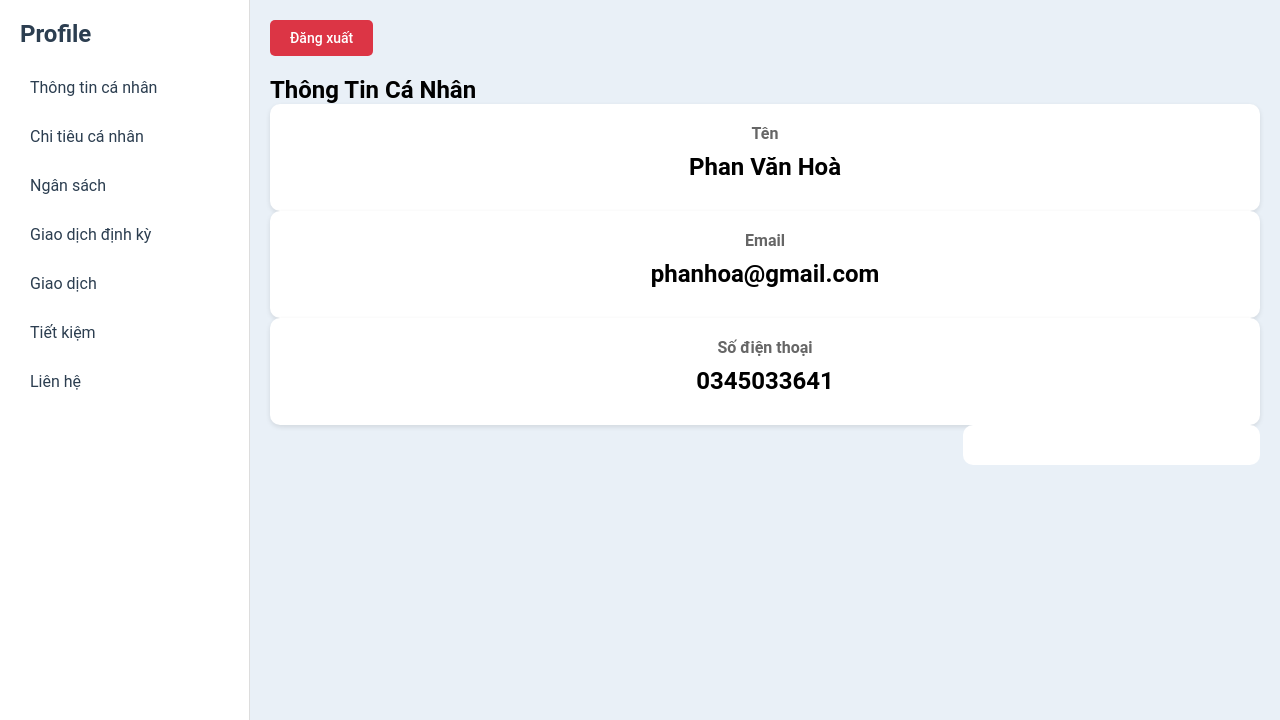
Repository: PhanVanHoa051204/Project3
Page: http://localhost/Project3/profile.jsp
These files come from the project's save history. The page is drawn as it stood at one moment and after a run of saves; the edit follows.
The browser window is 1280 px wide. The pictures show the whole page.
The page is served by Tomcat 9. The session is filled in as if someone had signed in: {"user_id": 1, "role": "admin"}. Other server files are loaded and not shown.

Above is the page before, as saved 2025-03-14 08:31:01.

### PhanVanHoa_2210900023_K22CNT1/Project3/src/main/webapp/profile.jsp
<%@ page language="java" contentType="text/html; charset=UTF-8" pageEncoding="UTF-8"%>
<!DOCTYPE html>
<html lang="en">
<head>
    <meta charset="UTF-8">
    <meta name="viewport" content="width=device-width, initial-scale=1.0">
    <title>Profile</title>
    <link rel="stylesheet" href="style.css">
</head>
<body>
    <div class="container">
        <!-- Sidebar -->
        <div class="sidebar">
            <div class="logo">Profile</div>
            <ul>
                <li><a href="#">Thông tin cá nhân</a></li>

                <li><a href="${pageContext.request.contextPath}/ChiTieu/categories.jsp">Chi tiêu cá nhân</a></li>
                <li><a href="#"> Ngân sách</a></li>
                <li><a href="#"> Giao dịch định kỳ</a></li>
                <li><a href="#"> Giao dịch</a></li>
                <li><a href="#">Tiết kiệm</a></li>
                <li><a href="https://web.facebook.com/PhanHoa05122004">Liên hệ</a></li>
            </ul>
        </div>

        <!-- Main Content -->
        <div class="main-content">
            <header>
                <div class="submit-section">
                    <a href="login.jsp" class="logout-btn">Đăng xuất</a>
                </div>
            </header>

            <!-- Profile Content -->
            <div class="dashboard-content">
                <h2>Thông Tin Cá Nhân</h2>
                <div class="profile-cards">
                    <div class="card">
                        <h3>Tên</h3>
                        <p>Phan Văn Hoà</p>
                    </div>
                    <div class="card">
                        <h3>Email</h3>
                        <p>phanhoa@gmail.com</p>
                    </div>
                    <div class="card">
                        <h3>Số điện thoại</h3>
                        <p>0345033641</p>
                    </div>
                </div>

                <!-- Recent Activity -->
                <div class="recent-activity">

                    <ul>

                    </ul>
                </div>
            </div>
        </div>
    </div>
</body>
</html>

### PhanVanHoa_2210900023_K22CNT1/Project3/src/main/webapp/style.css
* {
    margin: 0;
    padding: 0;
    box-sizing: border-box;
    font-family: 'Roboto', sans-serif;
}

body {
    background-color: #E9F0F7;
}

.container {
    display: flex;
}

/* Sidebar */
.sidebar {
    width: 250px;
    background-color: #fff;
    padding: 20px;
    height: 100vh;
    border-right: 1px solid #ddd;
}

.logo {
    font-size: 24px;
    font-weight: bold;
    color: #2C3E50;
    margin-bottom: 20px;
}

.sidebar ul {
    list-style: none;
}

.sidebar ul li {
    margin: 10px 0;
}

.sidebar ul li a {
    text-decoration: none;
    color: #2C3E50;
    display: block;
    padding: 10px;
    border-radius: 5px;
}

.sidebar ul li.active a {
    background-color: #007BFF;
    color: #fff;
}

/* Main Content */
.main-content {
    flex: 1;
    padding: 20px;
}

header {
    display: flex;
    justify-content: space-between;
    align-items: center;
    margin-bottom: 20px;
}

.submit-section {
    display: flex;
    align-items: center;
}

/* Định dạng nút Đăng xuất */
.logout-btn {
    text-decoration: none;
    color: #fff;
    background-color: #DC3545; /* Màu đỏ cho nút Đăng xuất */
    padding: 10px 20px;
    border-radius: 5px;
    transition: background-color 0.3s;
    font-size: 14px;
    font-weight: 500;
    display: inline-block;
}

.logout-btn:hover {
    background-color: #C82333; /* Màu đỏ đậm hơn khi hover */
}

.logout-btn:focus {
    outline: none;
    box-shadow: 0 0 5px rgba(220, 53, 69, 0.5);
}

.search-bar input {
    padding: 8px;
    border: 1px solid #ddd;
    border-radius: 5px;
    width: 300px;
}

.user-info {
    display: flex;
    align-items: center;
}

.user-info span {
    margin-right: 10px;
}

.avatar {
    width: 40px;
    height: 40px;
    border-radius: 50%;
}

/* Cards */
.cards {
    display: flex;
    gap: 20px;
    margin-bottom: 20px;
}

.card {
    background-color: #fff;
    padding: 20px;
    border-radius: 10px;
    flex: 1;
    text-align: center;
    box-shadow: 0 2px 5px rgba(0, 0, 0, 0.1);
}

.card h3 {
    font-size: 16px;
    color: #666;
}

.card p {
    font-size: 24px;
    font-weight: bold;
    margin: 10px 0;
}

.increase {
    color: #28A745;
}

.decrease {
    color: #F39C12;
}

/* Chart Section */
.chart-section {
    background-color: #fff;
    padding: 20px;
    border-radius: 10px;
    margin-bottom: 20px;
}

.chart-section h3 {
    margin-bottom: 10px;
}

/* Recent Activity */
.recent-activity {
    background-color: #fff;
    padding: 20px;
    border-radius: 10px;
    margin-bottom: 20px;
    width: 30%;
    float: right;
}

.recent-activity ul {
    list-style: none;
}

.recent-activity li {
    margin: 10px 0;
}

.dot {
    display: inline-block;
    width: 10px;
    height: 10px;
    border-radius: 50%;
    margin-right: 10px;
}

.green { background-color: #28A745; }
.red { background-color: #DC3545; }
.blue { background-color: #007BFF; }
.yellow { background-color: #F39C12; }

/* Budget Report */
.budget-report {
    background-color: #fff;
    padding: 20px;
    border-radius: 10px;
    width: 30%;
    float: right;
    margin-bottom: 20px;
}

/* Recent Sales */
.recent-sales {
    background-color: #fff;
    padding: 20px;
    border-radius: 10px;
    clear: both;
}

.recent-sales table {
    width: 100%;
    border-collapse: collapse;
}

.recent-sales th, .recent-sales td {
    padding: 10px;
    text-align: left;
    border-bottom: 1px solid #ddd;
}

.table-footer {
    display: flex;
    justify-content: space-between;
    margin-top: 10px;
}

.table-footer select, .table-footer input {
    padding: 8px;
    border: 1px solid #ddd;
    border-radius: 5px;
}

After the next 2 saves:
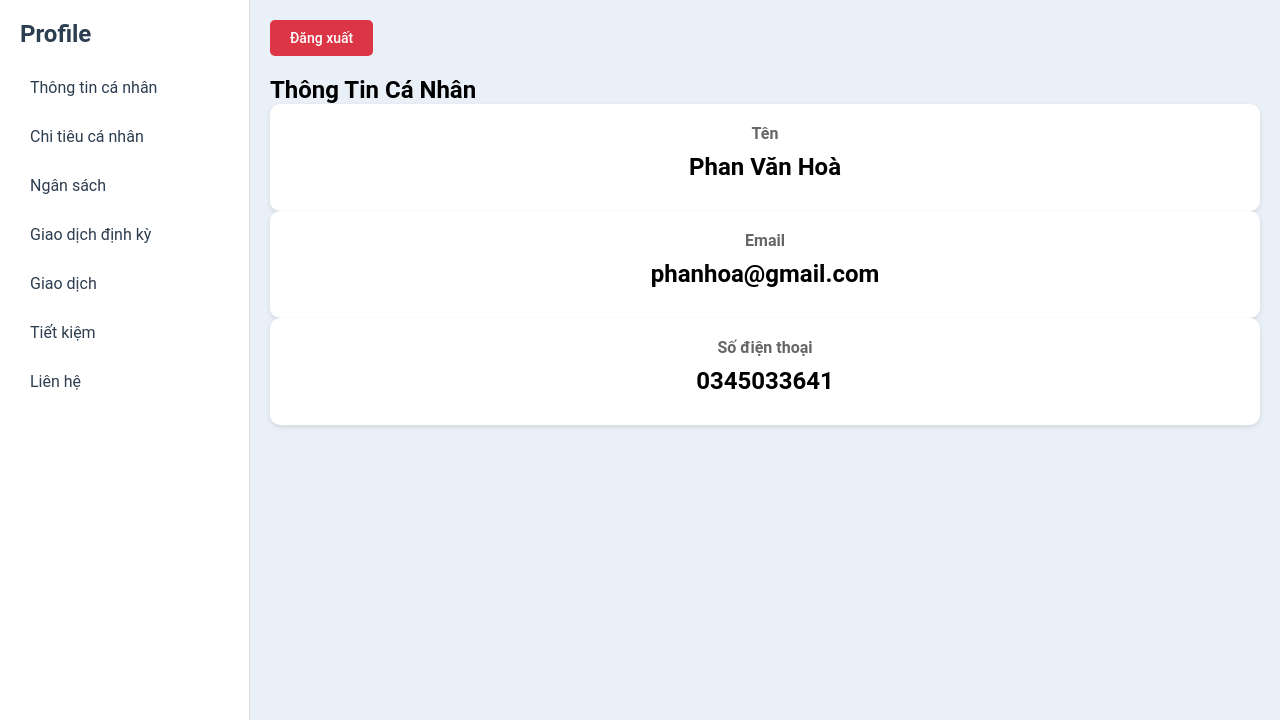
The 2 saves are shown as one change because they came seconds apart.
The last was saved 10 s later.
--- a/PhanVanHoa_2210900023_K22CNT1/Project3/src/main/webapp/profile.jsp
+++ b/PhanVanHoa_2210900023_K22CNT1/Project3/src/main/webapp/profile.jsp
@@ -50,13 +50,7 @@
                     </div>
                 </div>
 
-                <!-- Recent Activity -->
-                <div class="recent-activity">
 
-                    <ul>
-
-                    </ul>
-                </div>
             </div>
         </div>
     </div>
